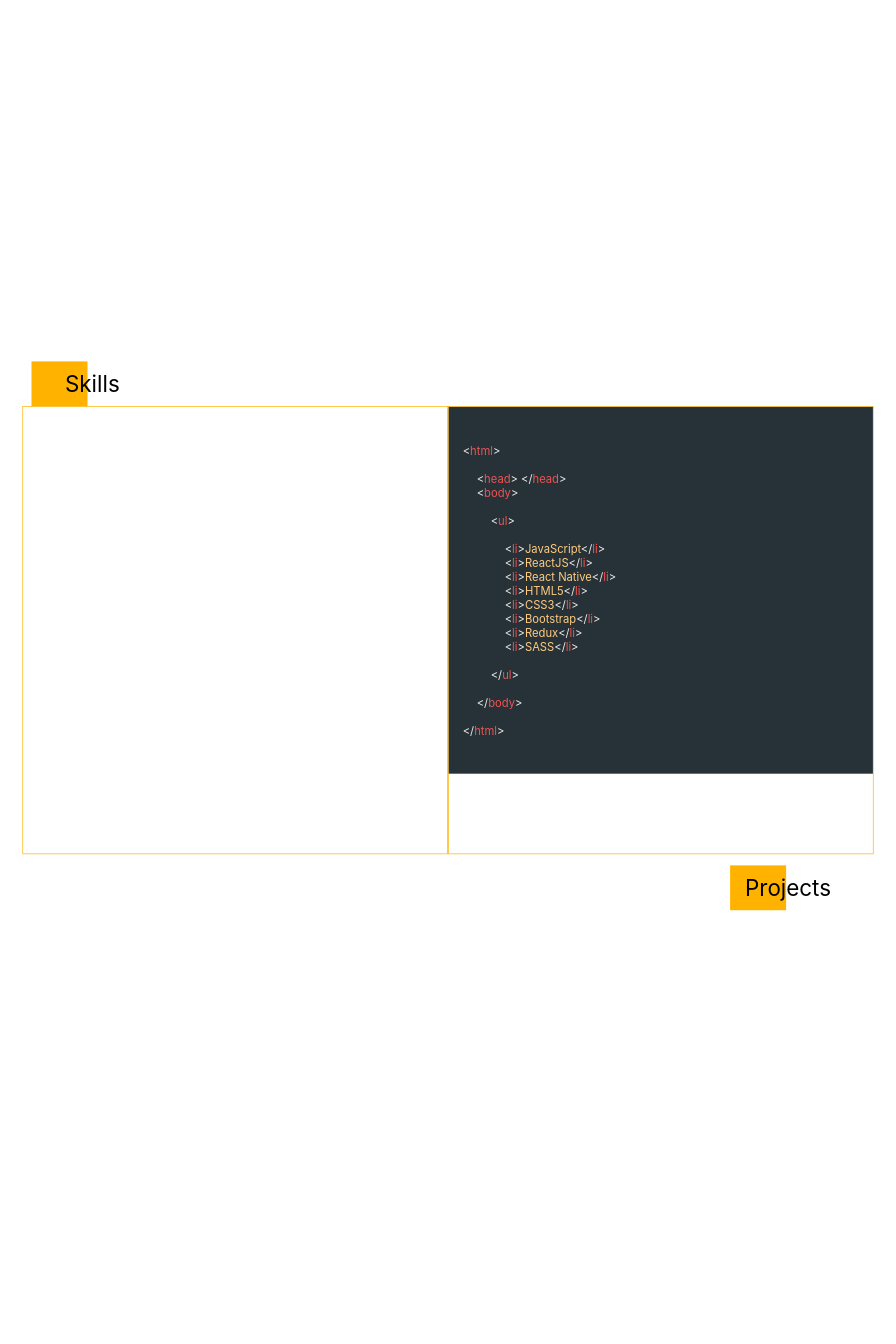
Repository: SebastianArmata22/Portfolio
Page: /
The author's editor kept a copy of each file at every save. The page is drawn from the files as they stood at one save, then again after the next save.
The browser window is 1280 px wide. The pictures show the part of the page from y = 956 to 2876 px (the page is 3664 px tall), at 70% of full size.
The project was rebuilt for these pictures with package versions that can differ from the ones it lists, and the page was loaded fresh each time.

Above is the page before, as saved 2021-02-24 18:05:48.

After the next save:
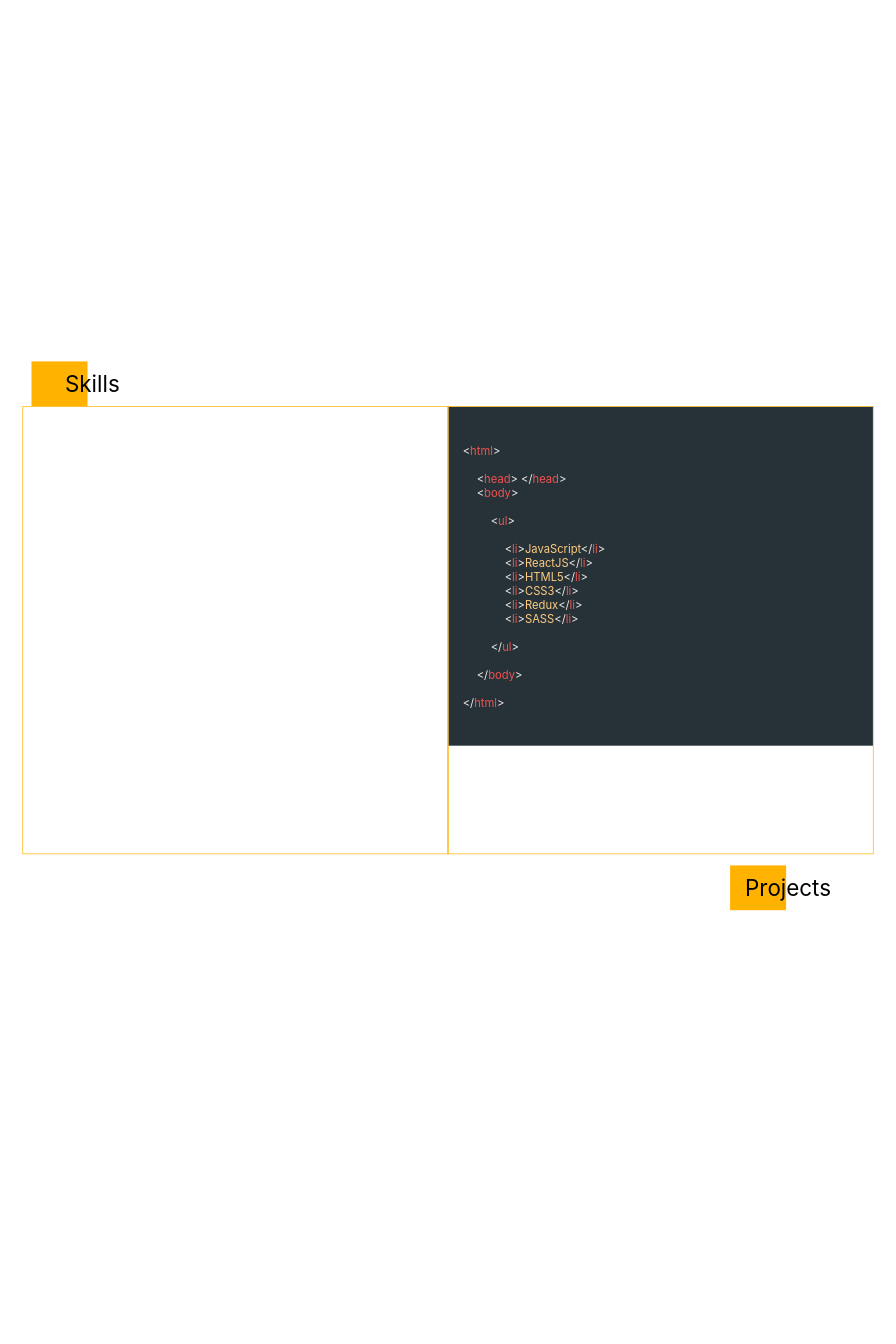
Saved 45 s later.
--- a/src/components/skills/Skills.js
+++ b/src/components/skills/Skills.js
@@ -36,22 +36,12 @@ const Skills = ()=>{
                                           </li>
                                           <li>
                                             &lt;<span className={classes.html_text}>li</span>&gt;
-                                            <span className={classes.html_text_2}>React Native</span>
-                                            &lt;/<span className={classes.html_text}>li</span>&gt;
-                                          </li>
-                                          <li>
-                                            &lt;<span className={classes.html_text}>li</span>&gt;
                                             <span className={classes.html_text_2}>HTML5</span>
                                             &lt;/<span className={classes.html_text}>li</span>&gt;
                                           </li>
                                           <li>
                                             &lt;<span className={classes.html_text}>li</span>&gt;
                                             <span className={classes.html_text_2}>CSS3</span>
-                                            &lt;/<span className={classes.html_text}>li</span>&gt;
-                                          </li>
-                                          <li>
-                                            &lt;<span className={classes.html_text}>li</span>&gt;
-                                            <span className={classes.html_text_2}>Bootstrap</span>
                                             &lt;/<span className={classes.html_text}>li</span>&gt;
                                           </li>
                                           <li>
